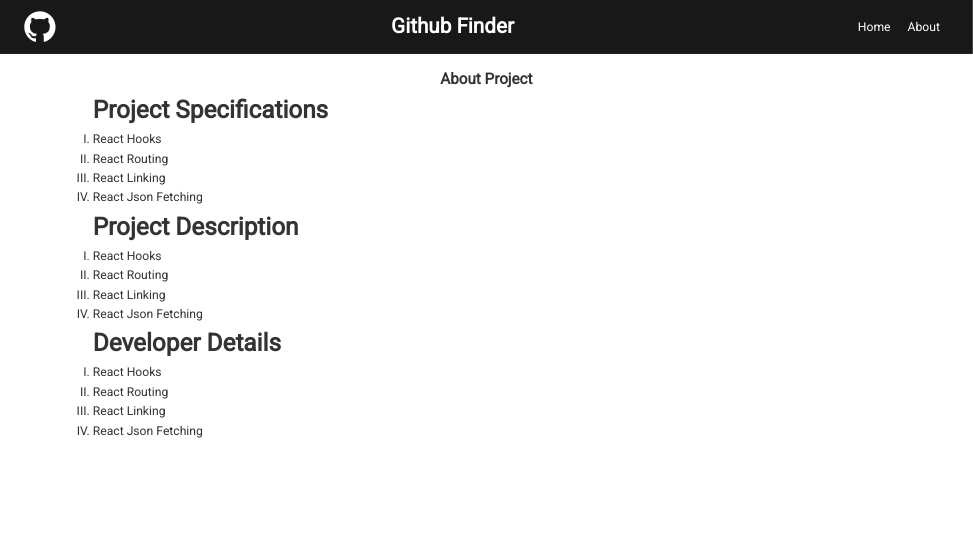
Repository: hemantsaini-7/ReactHooks-GitHub-Clone
Page: /about
The author's editor kept a copy of each file at every save. The page is drawn from the files as they stood at one save, then again after the next save.
The browser window is 1280 px wide. The pictures show the whole page, at 76% of full size.
The project was rebuilt for these pictures with package versions that can differ from the ones it lists, and the page was loaded fresh each time. Also part of the build but not shown: src/components/users/UserItem.js, src/components/layout/Spinner.js, src/components/users/Users.js, src/components/repos/RepoItem.js, src/components/repos/Repos.js, src/components/users/User.js, src/components/users/Search.js, src/components/layout/Alert.js.

Above is the page before, as saved 2020-08-06 10:05:56.

### public/index.html
<!DOCTYPE html>
<html lang="en">
  <head>
    <meta charset="utf-8" />
    <link rel="icon" href="%PUBLIC_URL%/favicon.ico" />
    <meta name="viewport" content="width=device-width, initial-scale=1" />
    <meta name="theme-color" content="#000000" />
    <meta
      name="description"
      content="Web site created using create-react-app"
    />
    <link rel="apple-touch-icon" href="%PUBLIC_URL%/logo192.png" />

    <link rel="manifest" href="%PUBLIC_URL%/manifest.json" />
    <link
      rel="stylesheet"
      href="https://stackpath.bootstrapcdn.com/font-awesome/4.7.0/css/font-awesome.min.css"
    />
    <title>React App</title>
  </head>
  <body>
    <noscript>You need to enable JavaScript to run this app.</noscript>
    <div id="root"></div>
  </body>
</html>

### src/App.js
import React, { Fragment, useState } from "react";
import "./App.css";
import { BrowserRouter as Router, Switch, Route } from "react-router-dom";
import Navbar from "./components/layout/Navbar";
import Users from "./components/users/Users";
import User from "./components/users/User";
import Search from "./components/users/Search";
import Alert from "./components/layout/Alert";
import About from "./components/pages/About";
import axios from "axios";
const App = () => {
  const [users, setUsers] = useState([]);
  const [user, setUser] = useState({});
  const [repos, setRepos] = useState([]);
  const [loading, setLoading] = useState(false);
  const [alert, setAlert] = useState(null);

  const searchUsers = async (text) => {
    //this.setState({ loading: true });
    setLoading(true);
    const res = await axios.get(
      `https://api.github.com/search/users?q=${text}&cliend_id=${process.env.REACT_APP_GITHUB_CLIENT_ID}&client_secret=${process.env.REACT_APP_GITHUB_CLIENT_SECRET}`
    );
    setUsers(res.data.items);
    setLoading(false);
  };

  const clearUsers = () => {
    setUsers([]);
    setLoading(false);
  };

  const showAlert = (msg, type) => {
    //this.setState({ alert: { msg, type } });
    setAlert({ msg, type });
    setTimeout(() => setAlert(null), 5000);
  };

  const getUser = async (username) => {
    setLoading(true);
    const res = await axios.get(
      `https://api.github.com/users/${username}?cliend_id=${process.env.REACT_APP_GITHUB_CLIENT_ID}&client_secret=${process.env.REACT_APP_GITHUB_CLIENT_SECRET}`
    );
    setUser(res.data);
    setLoading(false);
  };

  const getUserRepos = async (username) => {
    setLoading(true);
    const res = await axios.get(
      `https://api.github.com/users/${username}/repos?per_page=5&sort=created:asc&cliend_id=${process.env.REACT_APP_GITHUB_CLIENT_ID}&client_secret=${process.env.REACT_APP_GITHUB_CLIENT_SECRET}`
    );
    setRepos(res.data);
    setLoading(false);
  };

  return (
    <Router>
      <div className='App'>
        <Navbar title='Github Finder' />
        <div className='container'>
          <Alert alert={alert} />
          <Switch>
            <Route
              exact
              path='/'
              render={(props) => (
                <Fragment>
                  <Search
                    searchUsers={searchUsers}
                    clearUsers={clearUsers}
                    showClear={users.length > 0 ? true : false}
                    setAlert={showAlert}
                  />
                  <Users users={users} loading={loading} />
                </Fragment>
              )}
            />
            <Route exact path='/about' component={About} />
            <Route
              exact
              path='/user/:login'
              render={(props) => (
                <User
                  {...props}
                  getUser={getUser}
                  getUserRepos={getUserRepos}
                  repos={repos}
                  user={user}
                  loading={loading}
                />
              )}
            />
          </Switch>
        </div>
      </div>
    </Router>
  );
};

export default App;

### src/App.css
@import url("https://fonts.googleapis.com/css?family=Roboto");

/* Global Styles */
:root {
  --primary-color: #dc3545;
  --dark-color: #333333;
  --light-color: #f4f4f4;
  --danger-color: #dc3545;
  --success-color: #28a745;
}

* {
  box-sizing: border-box;
  margin: 0;
  padding: 0;
}

body {
  font-family: "Roboto", sans-serif;
  font-size: 1rem;
  line-height: 1.6;
  background-color: #fff;
  color: #333;
}

a {
  color: var(--primary-color);
  text-decoration: none;
}

a:hover {
  color: #666;
}

ul {
  list-style: none;
}

img {
  width: 100%;
}

/* Utilities */
.container {
  max-width: 1100px;
  margin: auto;
  overflow: hidden;
  padding: 0 2rem;
}

/* Text Styles*/
.x-large {
  font-size: 4rem;
  line-height: 1.2;
  margin-bottom: 1rem;
}

.large {
  font-size: 3rem;
  line-height: 1.2;
  margin-bottom: 1rem;
}

.lead {
  font-size: 1.5rem;
  margin-bottom: 1rem;
}

.text-center {
  text-align: center;
}

.text-primary {
  color: var(--primary-color);
}

.text-dark {
  color: var(--dark-color);
}

.text-success {
  color: var(--success-color);
}

.text-danger {
  color: var(--danger-color);
}

.text-center {
  text-align: center;
}

.text-right {
  text-align: right;
}

.text-left {
  text-align: left;
}

/* Center All */
.all-center {
  display: flex;
  flex-direction: column;
  width: 100%;
  margin: auto;
  justify-content: center;
  align-items: center;
  text-align: center;
}

/* Cards */
.card {
  padding: 1rem;
  border: #ccc 1px dotted;
  margin: 0.7rem 0;
}

/* List */
.list {
  margin: 0.5rem 0;
}

.list li {
  padding-bottom: 0.3rem;
}

/* Padding */
.p {
  padding: 0.5rem;
}
.p-1 {
  padding: 1rem;
}
.p-2 {
  padding: 2rem;
}
.p-3 {
  padding: 3rem;
}
.py {
  padding: 0.5rem 0;
}
.py-1 {
  padding: 1rem 0;
}
.py-2 {
  padding: 2rem 0;
}
.py-3 {
  padding: 3rem 0;
}

/* Margin */
.m {
  margin: 0.5rem;
}
.m-1 {
  margin: 1rem;
}
.m-2 {
  margin: 2rem;
}
.m-3 {
  margin: 3rem;
}
.my {
  margin: 0.5rem 0;
}
.my-1 {
  margin: 1rem 0;
}
.my-2 {
  margin: 2rem 0;
}
.my-3 {
  margin: 3rem 0;
}

/* Grid */
.grid-2 {
  display: grid;
  grid-template-columns: repeat(2, 1fr);
  grid-gap: 1rem;
}

.grid-3 {
  display: grid;
  grid-template-columns: repeat(3, 1fr);
  grid-gap: 1rem;
}

.grid-4 {
  display: grid;
  grid-template-columns: repeat(4, 1fr);
  grid-gap: 1rem;
}

.btn {
  display: inline-block;
  background: var(--light-color);
  color: #333;
  padding: 0.4rem 1.3rem;
  font-size: 1rem;
  border: none;
  cursor: pointer;
  margin-right: 0.5rem;
  transition: opacity 0.2s ease-in;
  outline: none;
}

.btn-link {
  background: none;
  padding: 0;
  margin: 0;
}

.btn-block {
  display: block;
  width: 100%;
}

.btn-sm {
  font-size: 0.8rem;
  padding: 0.3rem 1rem;
  margin-right: 0.2rem;
}

.badge {
  display: inline-block;
  font-size: 0.8rem;
  padding: 0.2rem 0.7rem;
  text-align: center;
  margin: 0.3rem;
  background: var(--light-color);
  color: #333;
  border-radius: 5px;
}

.alert {
  padding: 0.7rem;
  margin: 1rem 0;
  opacity: 0.9;
  background: var(--light-color);
  color: #333;
}

.btn-primary,
.bg-primary,
.badge-primary,
.alert-primary {
  background: var(--primary-color);
  color: #fff;
}

.btn-light,
.bg-light,
.badge-light,
.alert-light {
  background: var(--light-color);
  color: #333;
}

.btn-dark,
.bg-dark,
.badge-dark,
.alert-dark {
  background: var(--dark-color);
  color: #fff;
}

.btn-danger,
.bg-danger,
.badge-danger,
.alert-danger {
  background: var(--danger-color);
  color: #fff;
}

.btn-success,
.bg-success,
.badge-success,
.alert-success {
  background: var(--success-color);
  color: #fff;
}

.btn-white,
.bg-white,
.badge-white,
.alert-white {
  background: #fff;
  color: #333;
  border: #ccc solid 1px;
}

.btn:hover {
  opacity: 0.8;
}

.bg-light,
.badge-light {
  border: #ccc solid 1px;
}

.round-img {
  border-radius: 50%;
}

/* Forms */
input {
  margin: 1.2rem 0;
}

.form-text {
  display: block;
  margin-top: 0.3rem;
  color: #888;
}

input[type="text"],
input[type="email"],
input[type="password"],
input[type="date"],
select,
textarea {
  display: block;
  width: 100%;
  padding: 0.4rem;
  font-size: 1.2rem;
  border: 1px solid #ccc;
}

input[type="submit"],
button {
  font: inherit;
}

table th,
table td {
  padding: 1rem;
  text-align: left;
}

table th {
  background: var(--light-color);
}

/* Navbar */
.navbar {
  display: flex;
  justify-content: space-between;
  align-items: center;
  padding: 0.7rem 2rem;
  z-index: 1;
  width: 100%;
  opacity: 0.9;
  margin-bottom: 1rem;
}

.navbar ul {
  display: flex;
}

.navbar a {
  color: #fff;
  padding: 0.45rem;
  margin: 0 0.25rem;
}

.navbar a:hover {
  color: var(--light-color);
}

.navbar .welcome span {
  margin-right: 0.6rem;
}
.bg-black {
  background: #000;
  color: #fff;
}
.nav-head {
  font-size: 1.7rem;
  /* margin-left: 100px; */
}
.s-field {
  border-radius: 10px;
  box-shadow: inset 0px 0px 10px #ccc;
}
.s-field:focus {
  outline: none;
}
.about-head {
  text-align: center;
  font-weight: bold;
  font-size: 20px;
}
/* Mobile Styles */
@media (max-width: 700px) {
  .hide-sm {
    display: none;
  }

  .grid-2,
  .grid-3,
  .grid-4 {
    grid-template-columns: 1fr;
  }

  /* Text Styles */
  .x-large {
    font-size: 3rem;
  }

  .large {
    font-size: 2rem;
  }

  .lead {
    font-size: 1rem;
  }

  /* Navbar */
  .navbar {
    display: block;
    text-align: center;
  }

  .navbar ul {
    text-align: center;
    justify-content: center;
  }
}

### src/components/layout/Navbar.js
import React from "react";
import { Link } from "react-router-dom";
function Navbar(props) {
  return (
    <nav className='navbar bg-black '>
      <span>
        <i className='fa fa-github fa-3x'></i>
      </span>
      <h3 className='nav-head'>{props.title}</h3>
      <ul>
        <li>
          <Link to='/'>Home</Link>
        </li>
        <li>
          <Link to='/about'>About</Link>
        </li>
      </ul>
    </nav>
  );
}

export default Navbar;

### src/components/pages/About.js
import React from "react";

const About = () => {
  return (
    <div className='about-div'>
      <h1 className='about-head'>About Project</h1>
      <div className='content-div'>
        <h1 className='content-head'>Project Specifications</h1>
        <ol type='I'>
          <li>React Hooks</li>
          <li>React Routing</li>
          <li>React Linking</li>
          <li>React Json Fetching</li>
        </ol>
      </div>
      <div className='content-div'>
        <h1 className='content-head'>Project Description</h1>
        <ol type='I'>
          <li>React Hooks</li>
          <li>React Routing</li>
          <li>React Linking</li>
          <li>React Json Fetching</li>
        </ol>
      </div>
      <div className='content-div'>
        <h1 className='content-head'>Developer Details</h1>
        <ol type='I'>
          <li>React Hooks</li>
          <li>React Routing</li>
          <li>React Linking</li>
          <li>React Json Fetching</li>
        </ol>
      </div>
    </div>
  );
};
export default About;

Loaded but not shown: src/index.js (common file)

After the next save:
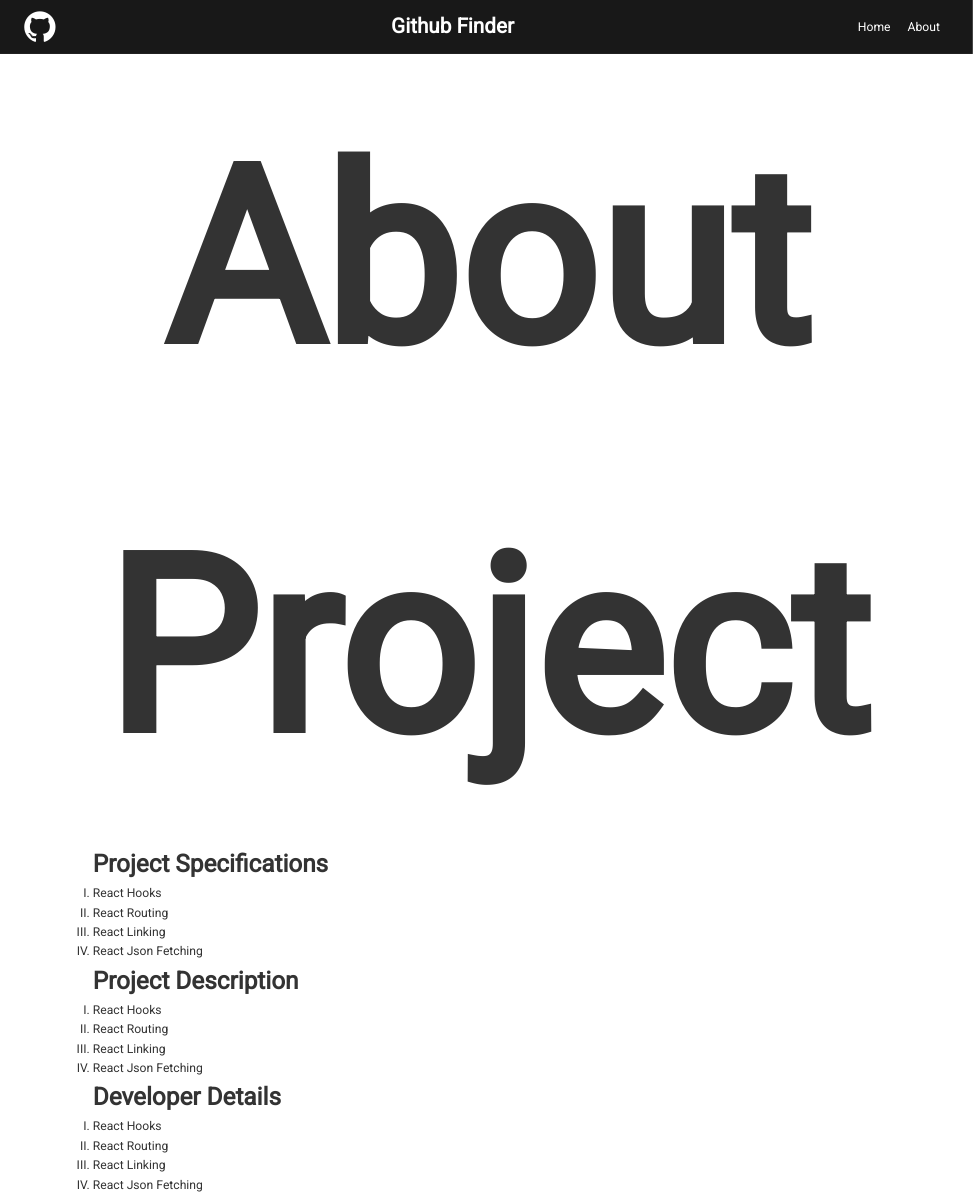
Saved 4 s later.
--- a/src/App.css
+++ b/src/App.css
@@ -393,7 +393,7 @@
 .about-head {
   text-align: center;
   font-weight: bold;
-  font-size: 20px;
+  font-size: 20rem;
 }
 /* Mobile Styles */
 @media (max-width: 700px) {
